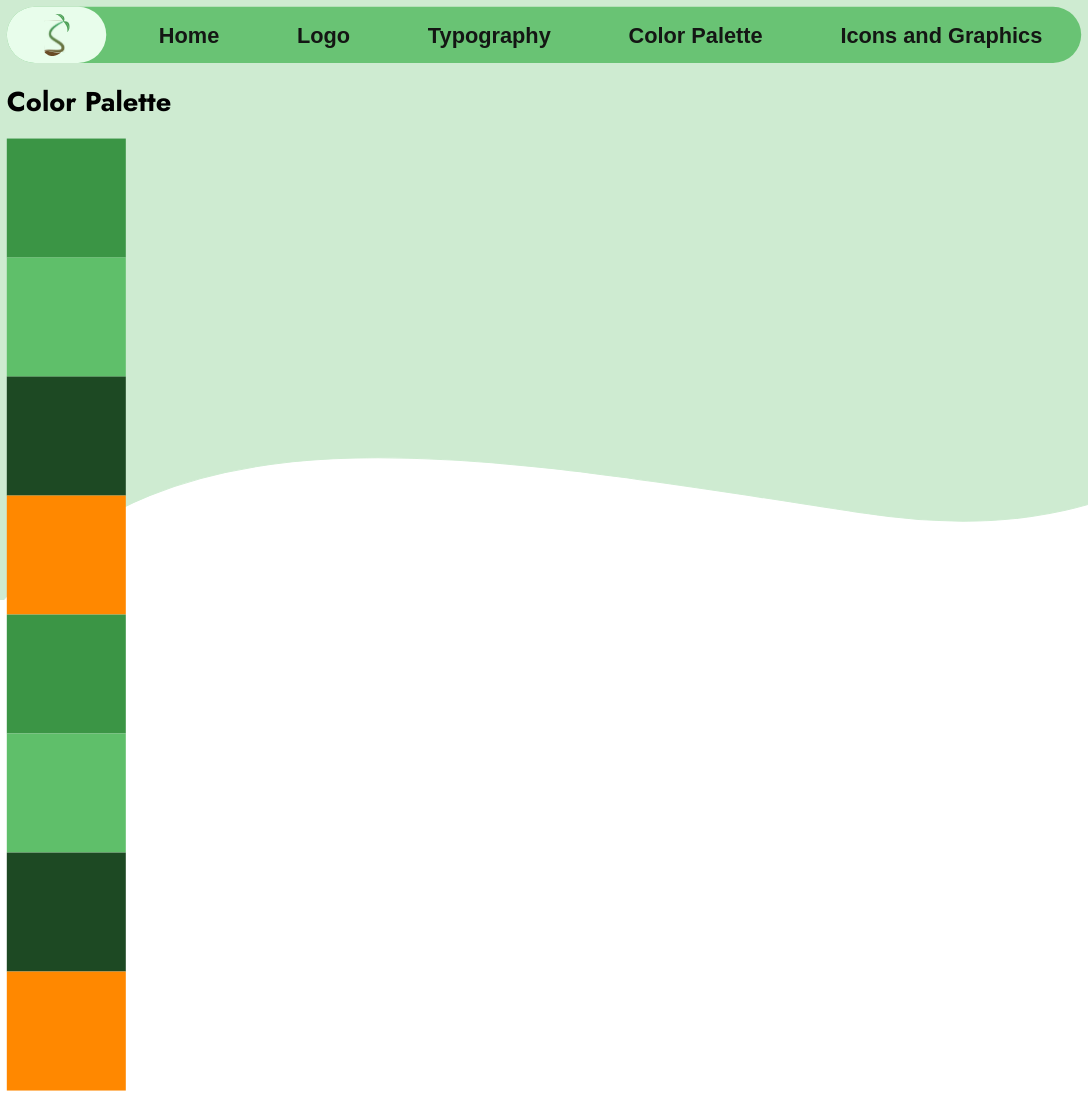
Repository: jjennbui/seedsprout_styleguide
Page: pages/colorPalette.html
An editor plug-in stored every save of this project. The page is shown before and after the next save, followed by the edit.
The browser window is 1280 px wide. The pictures show the whole page, at 85% of full size.
Some web fonts or font styles are not loaded; a fallback is used.

Above is the page before, as saved 2023-03-10 23:58:45.

After the next save:
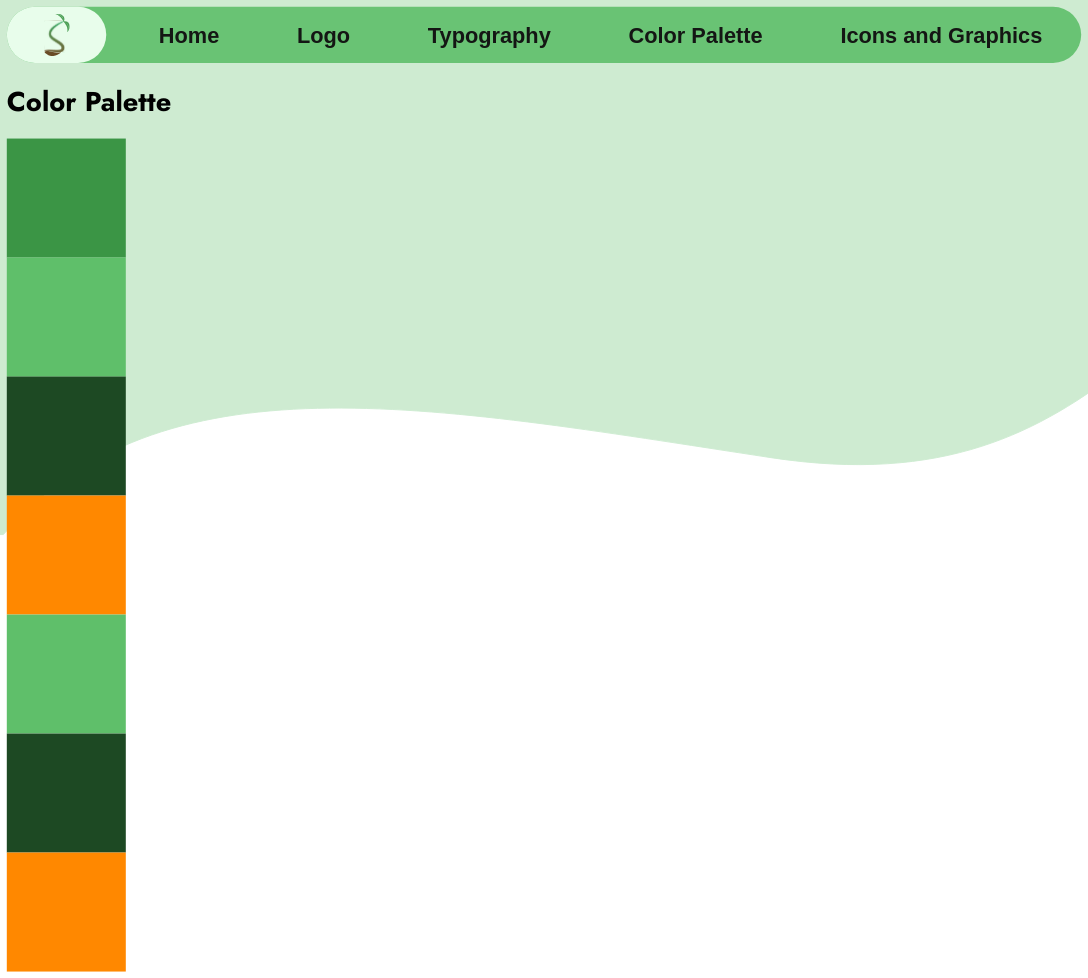
Saved 5 s later.
--- a/pages/colorPalette.html
+++ b/pages/colorPalette.html
@@ -47,7 +47,7 @@
             <div class="color-darkorange"></div>
         </div>
         <div class="right-color-container">
-            <div class="color-forestgreen"></div>
+            <div class="color-"></div>
             <div class="color-mantisgreen"></div>
             <div class="color-calpolygreen"></div>
             <div class="color-darkorange"></div>
